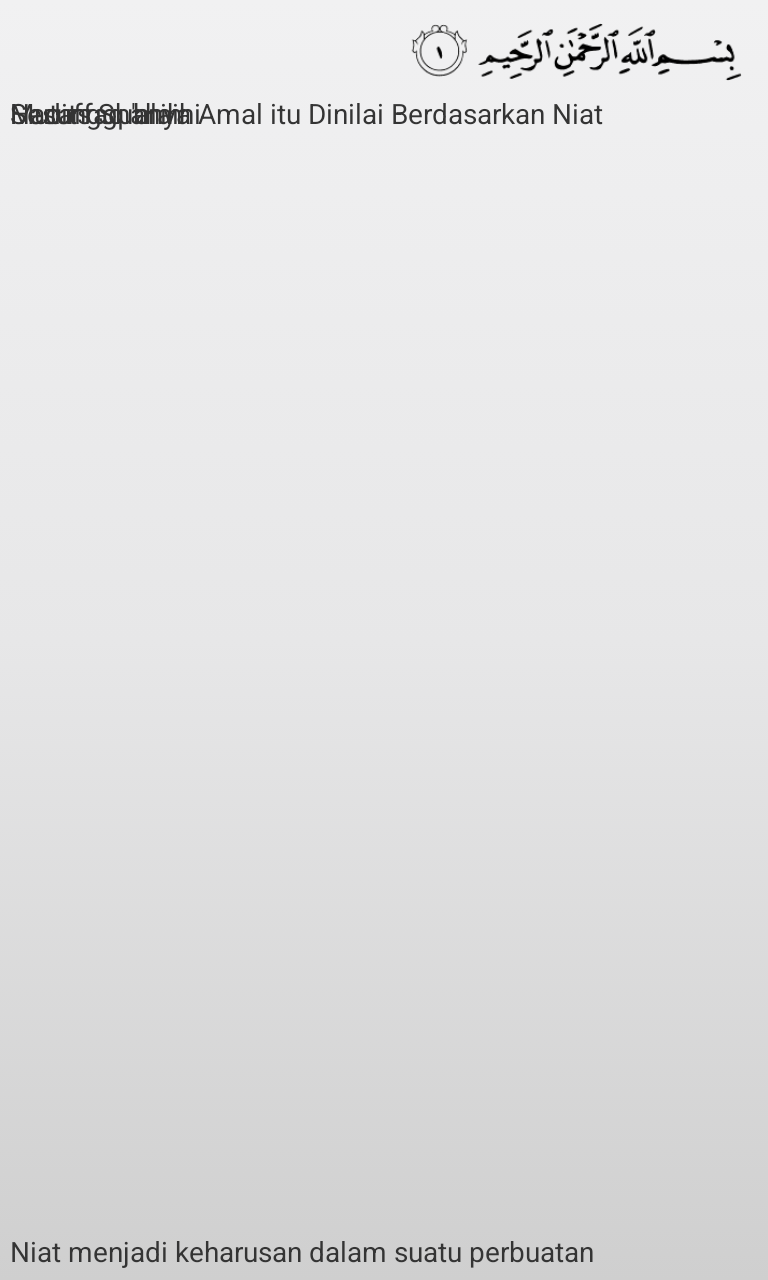
Repository: rezaervani/ayongajitiaphari
Layout: AyoNgajiTiapHari/res/layout/barisriyadhusshalihin.xml
An editor plug-in stored every save of this project. The layout is shown before and after the next save, followed by the edit.
It is drawn on a 768 x 1280 px phone screen (xhdpi) without system bars, with theme AppTheme; the app's code is not run.

Above is the layout before, as saved 2014-06-29 05:50:26.

After the next save:
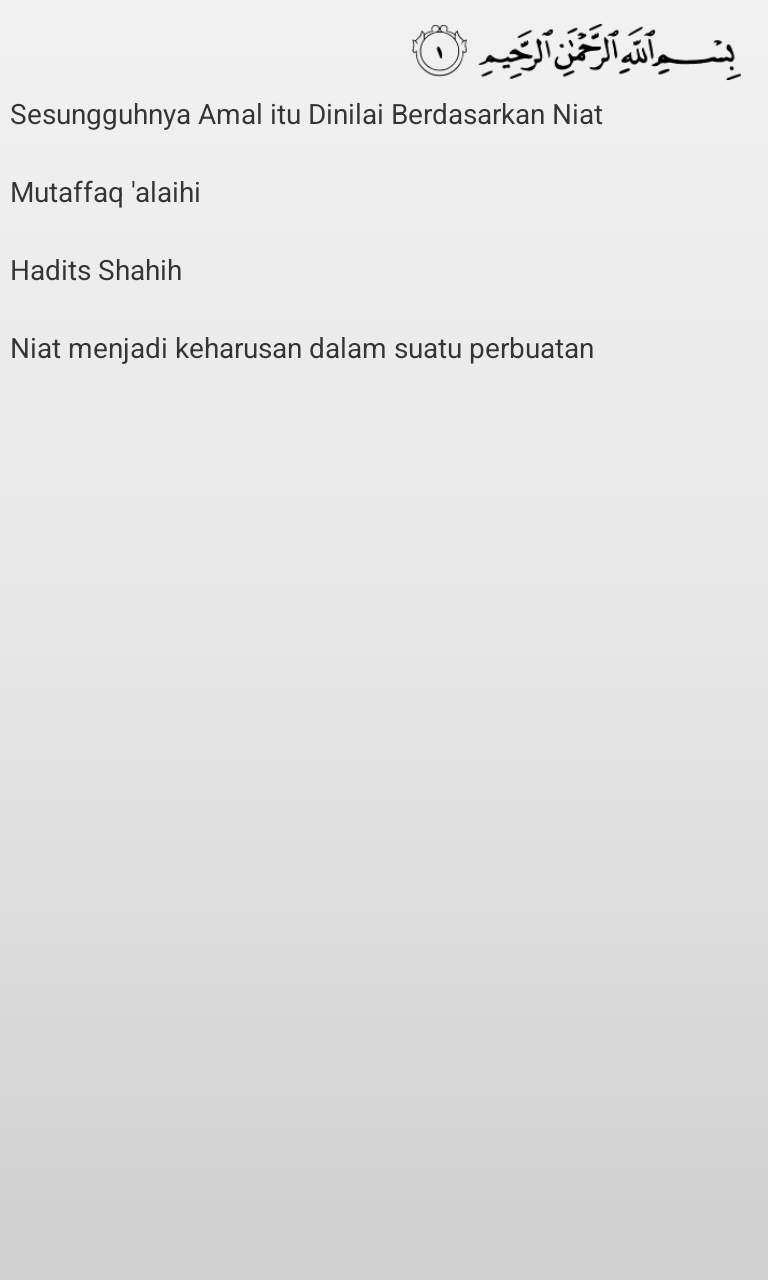
Saved 3 min 40 s later.
--- a/AyoNgajiTiapHari/res/layout/barisriyadhusshalihin.xml
+++ b/AyoNgajiTiapHari/res/layout/barisriyadhusshalihin.xml
@@ -46,36 +46,37 @@
         android:textColor="#343434"
         android:textSize="14sp" />
 
-     <TextView
-        android:id="@+id/derajat"
-        android:layout_width="fill_parent"
-        android:layout_height="wrap_content"
-        android:layout_alignLeft="@+id/thumbnail"
-        android:layout_alignParentLeft="true"
-        android:layout_below="@+id/thumbnail"
-        android:text="Mutaffaq 'alaihi"
-        android:textColor="#343434"
-        android:textSize="14sp" />
-
-      <TextView
-        android:id="@+id/pengesahan"
-        android:layout_width="fill_parent"
-        android:layout_height="wrap_content"
-        android:layout_alignLeft="@+id/thumbnail"
-        android:layout_alignParentLeft="true"
-        android:layout_below="@+id/thumbnail"
-        android:text="Hadits Shahih"
-        android:textColor="#343434"
-        android:textSize="14sp" />
+       <TextView
+           android:id="@+id/derajat"
+           android:layout_width="fill_parent"
+           android:layout_height="wrap_content"
+           android:layout_alignLeft="@+id/pengesahan"
+           android:layout_below="@+id/terjemah"
+           android:layout_marginTop="20dp"
+           android:text="Mutaffaq &apos;alaihi"
+           android:textColor="#343434"
+           android:textSize="14sp" />
 
        <TextView
            android:id="@+id/syarah"
            android:layout_width="fill_parent"
            android:layout_height="wrap_content"
-           android:layout_alignParentBottom="true"
-           android:layout_alignParentLeft="true"
+           android:layout_alignLeft="@+id/pengesahan"
+           android:layout_below="@+id/pengesahan"
+           android:layout_marginTop="20dp"
            android:text="Niat menjadi keharusan dalam suatu perbuatan"
            android:textColor="#343434"
            android:textSize="14sp" />
 
+       <TextView
+           android:id="@+id/pengesahan"
+           android:layout_width="fill_parent"
+           android:layout_height="wrap_content"
+           android:layout_alignLeft="@+id/terjemah"
+           android:layout_below="@+id/derajat"
+           android:layout_marginTop="20dp"
+           android:text="Hadits Shahih"
+           android:textColor="#343434"
+           android:textSize="14sp" />
+
 </RelativeLayout>
